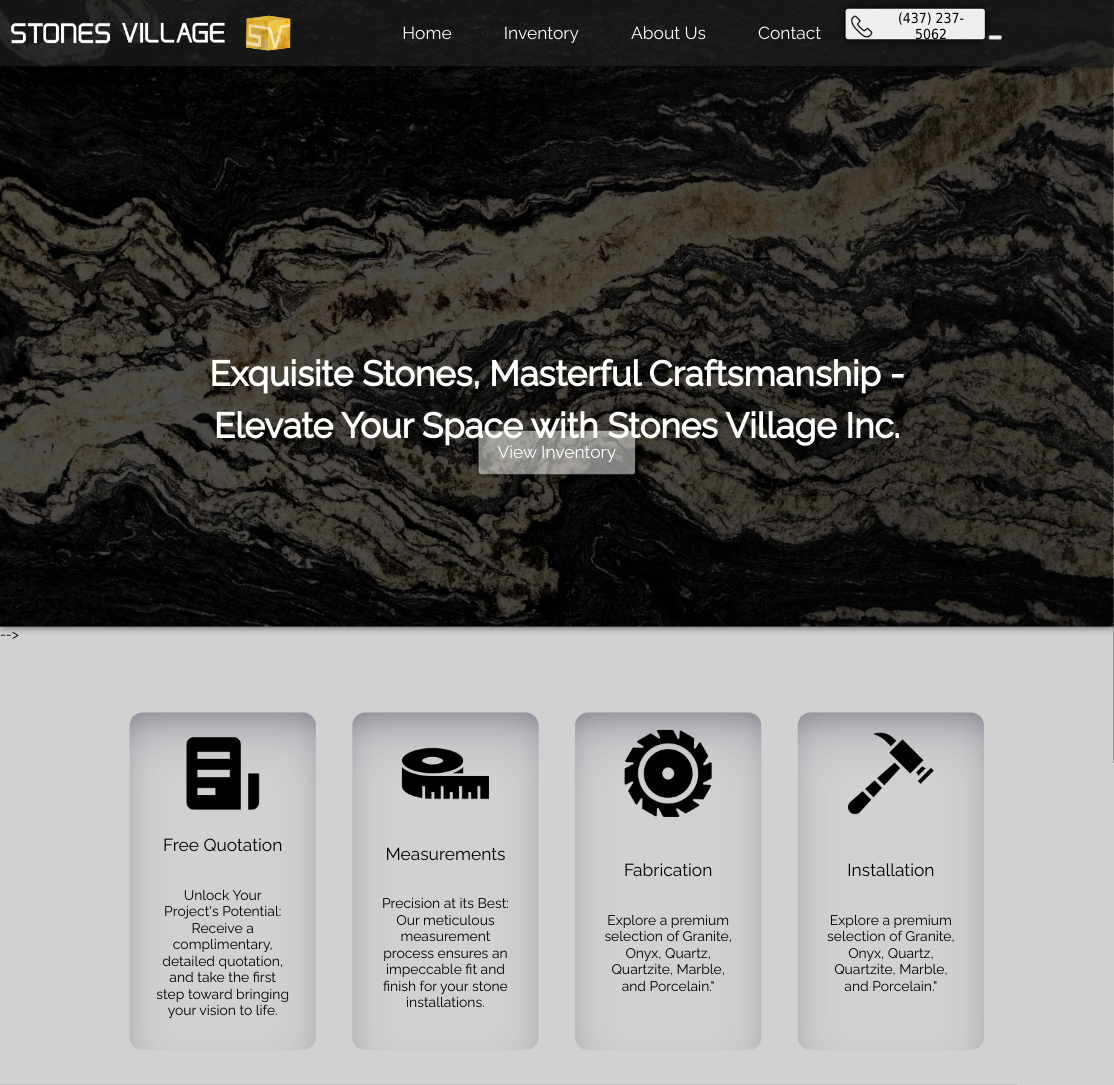
Repository: shayanabedi98/Stones-Village
Page: index.html
These files come from the project's save history. The page is drawn as it stood at one moment and after the next save; the edit follows.
The browser window is 1280 px wide. The pictures show the whole page, at 87% of full size.
Backgrounds fixed to the window are drawn as part of the page.

Above is the page before, as saved 2023-10-22 17:25:54.

After the next save:
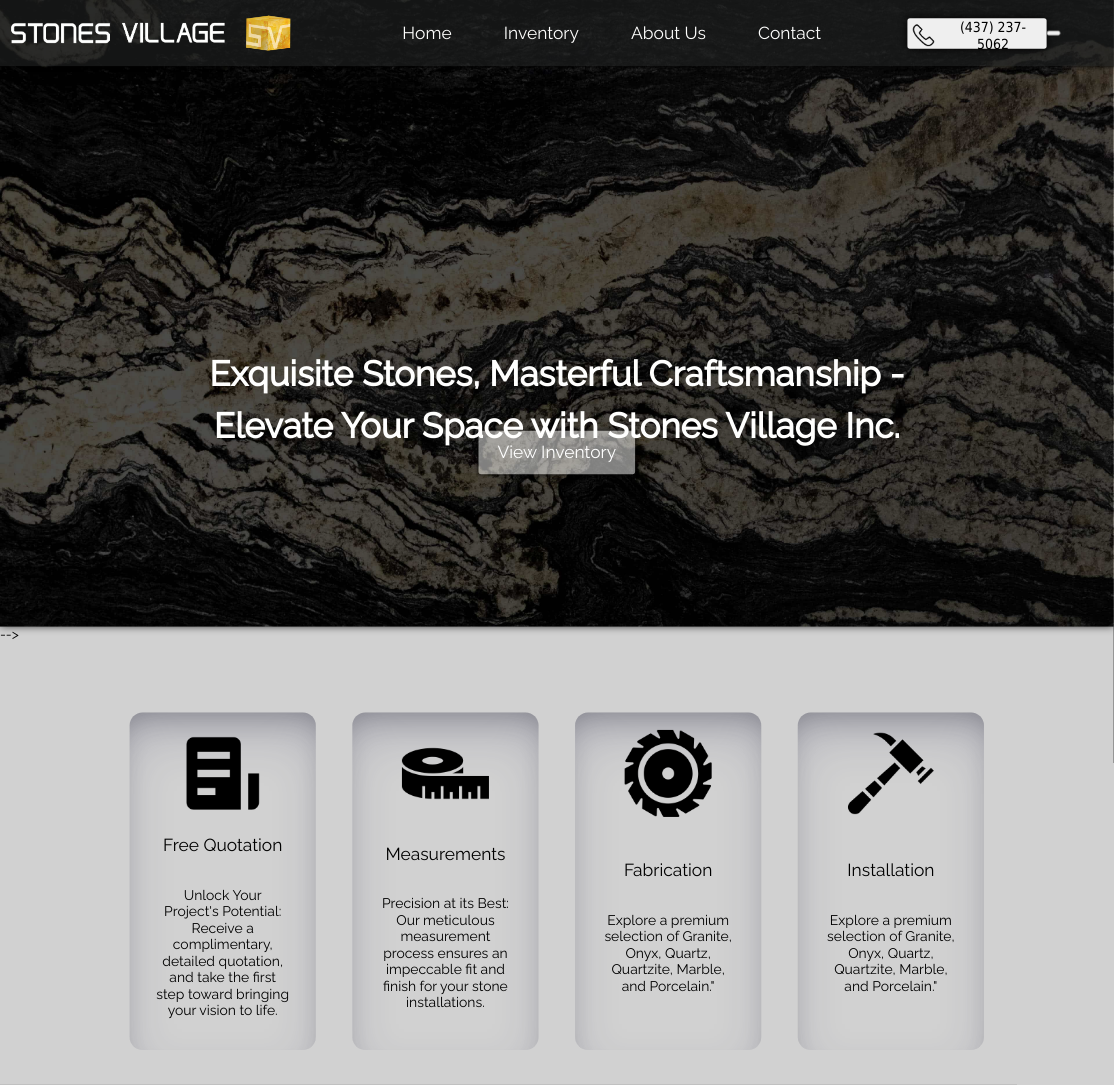
Saved 11 s later.
--- a/styles.css
+++ b/styles.css
@@ -65,7 +65,7 @@ body {
     transition: 0.3s;
 }
 
-.navbar-tel {
+.navbar-links {
     display: flex;
     justify-content: center;
     align-items: center;
